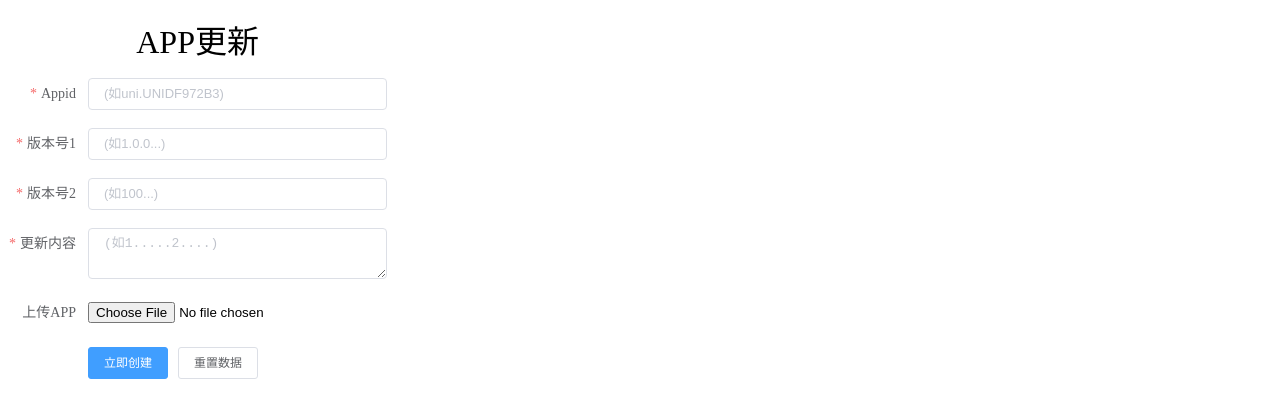
Repository: wfj01/Qmhht
Page: /
The author's editor kept a copy of each file at every save. The page is drawn from the files as they stood at one save, then again after the next save.
The browser window is 1280 px wide. The pictures show the whole page.
The project was rebuilt for these pictures with package versions that can differ from the ones it lists, and the page was loaded fresh each time. Also part of the build but not shown: src/components/HelloWorld.vue, src/view/msite.vue, src/view/index/index.vue, src/view/index/home/home.vue, src/view/login/login.vue, src/components/add/adduser.vue, src/view/table/table.vue.

Above is the page before, as saved 2021-01-18 16:51:46.
Console error: TypeError: Cannot read properties of undefined (reading 'protocol')

### src/main.js
// The Vue build version to load with the `import` command
// (runtime-only or standalone) has been set in webpack.base.conf with an alias.
import Vue from 'vue'
import App from './App'
import router from './router'
import Element  from 'element-ui';
import 'element-ui/lib/theme-chalk/index.css';
import axios from 'axios'
axios.defaults.headers.post['Content-Type'] = 'application/json';
Vue.prototype.$ajax = axios
Vue.use( axios)
Vue.use(Element, { size: 'small', zIndex: 3000 });

Vue.config.productionTip = false

/* eslint-disable no-new */
new Vue({
  el: '#app',
  router,
  components: { App },
  template: '<App/>'
})

### src/router/index.js
import Vue from 'vue'
import Router from 'vue-router'
import HelloWorld from '@/components/HelloWorld'
import MsitePage from '@/view/msite'
import IndexPage from '@/view/index/index'
import HomePage from '@/view/index/home/home'
import LoginPage from '@/view/login/login'
import TablePage from '@/view/table/table'
import UploadFile from  '@/view/uploadfile/index'
//申明使用插件
Vue.use(Router)

export default new Router({
  routes:[
    {
      path:'/index',
      name:"IndexPage",
      component: IndexPage,
      meta: {
        showFooter: true
      }
    },
    {
      path:'/home',
      component:HomePage,
      meta: {
        showFooter: true
      }
    },
    {
      path:'/Login',
      component:LoginPage,
      meta: {
        showFooter: false
      }
    },
    {
      path:'/Table',
      name:"TablePage",
      component:TablePage,
      meta: {
        showFooter: false
      }
    },
    {
      path:'/',
      name:"UploadFile",
      component:UploadFile,
      meta: {
        showFooter: false
      }
    },
    {
      path: '/MsitePage',
      component:MsitePage,
    }
  ]
})

### src/view/uploadfile/index.vue
<template>
  <div>
    <el-form
      class="elform"
      ref="form"
      :rules="rules"
      :model="form"
      label-width="80px"
    >
      <div class="title">APP更新</div>
      <el-form-item label="Appid" prop="appid">
        <el-input
          v-model="form.appid"
          placeholder="(如uni.UNIDF972B3)"
        ></el-input>
      </el-form-item>
      <el-form-item label="版本号1" prop="version">
        <el-input v-model="form.version" placeholder="(如1.0.0...)"></el-input>
      </el-form-item>
      <el-form-item label="版本号2" prop="versionnum">
        <el-input
          v-model="form.versionnum"
          placeholder="(如100...)"
        ></el-input>
      </el-form-item>
      <el-form-item label="更新内容" prop="note">
        <el-input
          type="textarea"
          :rows="2"
          placeholder="(如1.....2....)"
          v-model="form.note"
        >
        </el-input>
      </el-form-item>
      <el-form-item label="上传APP">
        <input type="file" @change="getFile($event)" />
      </el-form-item>
      <el-form-item>
        <el-button type="primary" @click="submit('form')">立即创建</el-button>
        <el-button @click="resetForm('form')">重置数据</el-button>
      </el-form-item>
    </el-form>
  </div>
</template>

<script>
import axios from "axios";
export default {
  data() {
    return {
      //文件
      file: "",
      file2: "",
      form: {
        appid: "",
        version: "",
        versionnum: "",
        note: "",
      },
      rules: {
        appid: [
          { required: true, message: "请输入软件的Appid", trigger: "blur" },
        ],
        version: [
          { required: true, message: "请输入软件的版本号", trigger: "blur" },
        ],
        versionnum: [
          { required: true, message: "请输入版本号简写", trigger: "blur" },
        ],
        note: [{ required: true, message: "请输入更新内容", trigger: "blur" }],
      },
    };
  },
  methods: {
    changenote(e) {
      console.log("this.note", this.note);
    },
    getFile(event) {
      var that = this;
      this.file = event.target.files[0];
      let formData = new FormData();
      // 向 formData 对象中添加文件
      formData.append("file", this.file);
      this.$ajax({
        method: "POST",
        url: "http://42.193.106.104:8888/MultiFileUpload",
        data: formData,
      }).then((res) => {
        if (res.data.isSuccess == true) {
          that.form.fileurl = res.data.filePathArray[0].filePath;
          console.log("that.form", that.form);
        }
      });
      console.log(this.file);
    },
    getFile2(event) {
      this.file2 = event.target.files[0];
      console.log(this.file2);
    },
    resetForm(formName) {
      this.$refs[formName].resetFields();
    },
    submit(formName) {
      var notetext = this.form.note.replace(/\n/g, "<br/>");
      console.log(" this.note", notetext);
      this.$refs[formName].validate((valid) => {
        if (valid) {
          this.$ajax({
            method: "POST",
            url: "http://42.193.106.104:8888/MultiFileAppUploadd",
            data: this.form,
          }).then((res) => {
            console.log("res", res);
          });
        } else {
          console.log("error submit!!");
          return false;
        }
      });
    },
  },
};
</script>

<style scoped>
.elform {
  width: 30%;
  font-family: "楷体";
  font-size: 1.5rem;
}
.title {
  font-size: 2rem;
  font-weight: 500;
  text-align: center;
  margin: 1rem 0;
}
</style>

Loaded but not shown: index.html (common file); src/App.vue (common file)

After the next save:
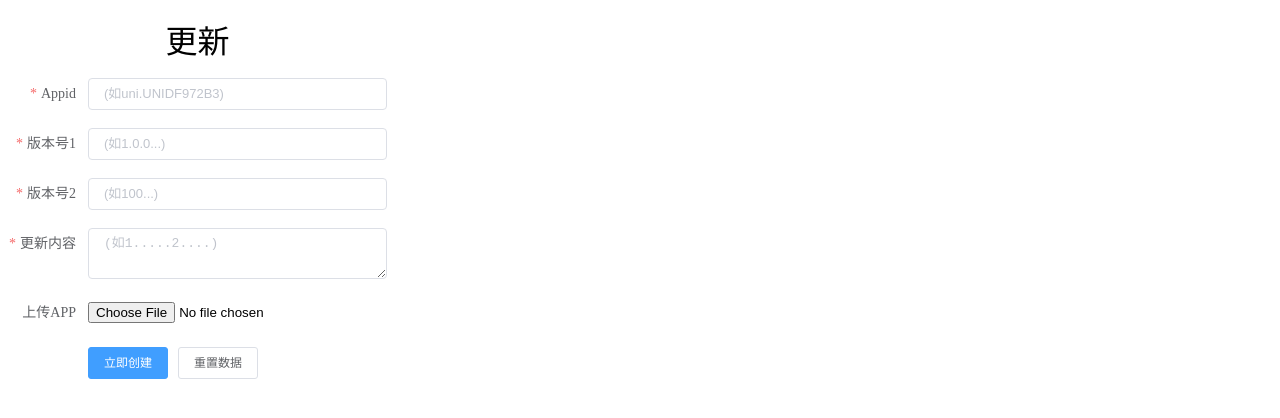
Saved 2 min 45 s later.
--- a/src/view/uploadfile/index.vue
+++ b/src/view/uploadfile/index.vue
@@ -7,7 +7,8 @@
       :model="form"
       label-width="80px"
     >
-      <div class="title">APP更新</div>
+    <!-- APP -->
+      <div class="title">更新</div>
       <el-form-item label="Appid" prop="appid">
         <el-input
           v-model="form.appid"
